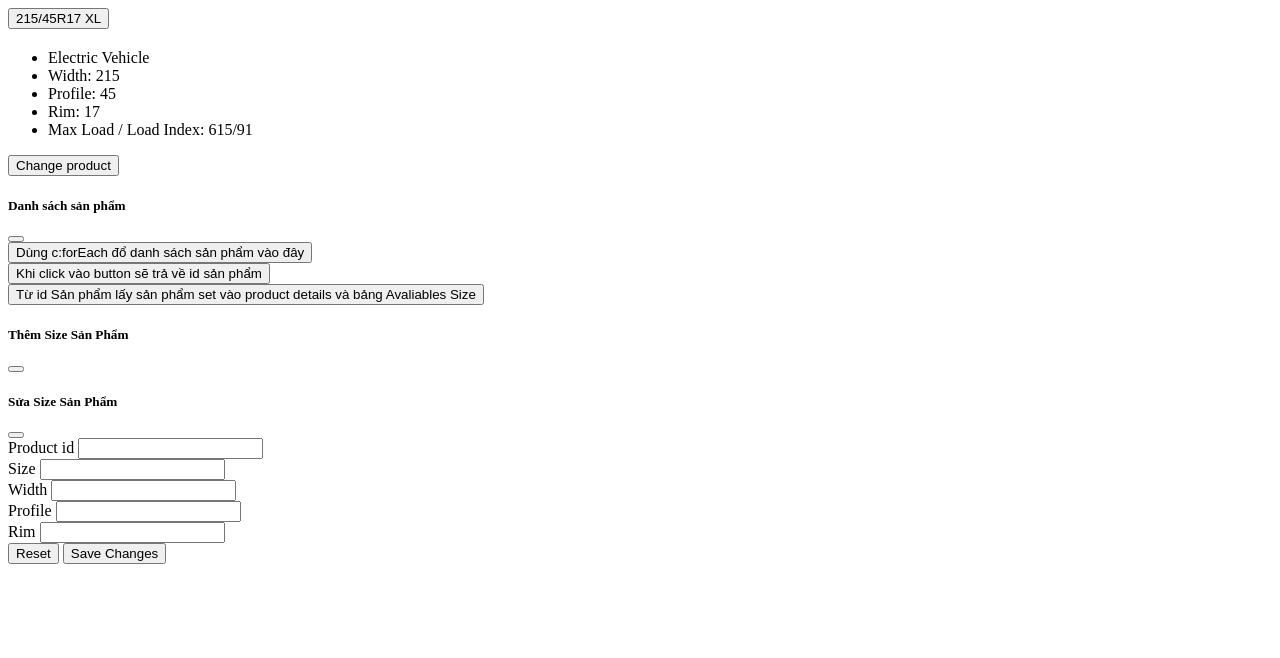
Repository: TrungAug/JAVA4
Page: myWeb/huhu.html
An editor plug-in stored every save of this project. The page is shown before and after the next save, followed by the edit.
The browser window is 1280 px wide. The pictures show the whole page.

Above is the page before, as saved 2023-11-16 11:59:52.

### myWeb/huhu.html
<div id="accordion__size__detail__product__subsize" class="mb-3 text-black">
    <div class="accordion" id="accordionPanelsHanKookSizeDetailProductSubSize">
        <div class="accordion-item">
            <h2 class="accordion-header">
                <button class="accordion-button" type="button" data-bs-toggle="collapse"
                    data-bs-target="#accordionTyreVehicleSubSize" aria-expanded="true"
                    aria-controls="accordionTyreVehicleSubSize">
                    215/45R17 XL
                </button>
            </h2>
            <div id="accordionTyreVehicleSubSize" class="accordion-collapse collapse show"
                data-bs-parent="#accordionPanelsHanKookSizeDetailProductSubSize">
                <ul class="list-group">
                    <li class="list-group-item d-flex justify-content-between align-items-center">
                        Electric Vehicle
                    </li>
                    <li class="list-group-item d-flex justify-content-between align-items-center">
                        <span class="dt">Width: </span> <span class="dd">215</span>
                    </li>
                    <li class="list-group-item d-flex justify-content-between align-items-center">
                        <span class="dt">Profile: </span> <span class="dd">45</span>
                    </li>
                    <li class="list-group-item d-flex justify-content-between align-items-center">
                        <span class="dt">Rim: </span> <span class="dd">17</span>
                    </li>
                    <li class="list-group-item d-flex justify-content-between align-items-center">
                        <span class="dt">Max Load / Load Index: </span> <span class="dd">615/91</span>
                    </li>
                </ul>
            </div>
        </div>
    </div>
</div>



<button type="button" class="btn btn-primary" data-bs-toggle="modal" data-bs-target="#editorChangeProductModal">
    Change product
</button>
<!-- Modal Trang Editor cho nút Change Product-->
<div class="modal fade" id="editorChangeProductModal" tabindex="-1" aria-labelledby="editorChangeProductModalLabel"
    aria-hidden="true">
    <div class="modal-dialog modal-lg">
        <div class="modal-content">
            <div class="modal-header">
                <h5 class="modal-title" id="editorChangeProductModalLabel">Danh sách sản phẩm</h5>
                <button type="button" class="btn-close" data-bs-dismiss="modal" aria-label="Close"></button>
            </div>
            <div class="modal-body">
                <div class="row">
                    <div class="col-lg-3 col-md-4 col-sm-6 mb-3">
                        <button class="btn btn-info">Dùng c:forEach đổ danh sách sản phẩm vào đây</button>
                    </div>
                    <div class="col-lg-3 col-md-4 col-sm-6 mb-3">
                        <button class="btn btn-info">Khi click vào button sẽ trả về id sản phẩm</button>
                    </div>
                    <div class="col-lg-3 col-md-4 col-sm-6 mb-3">
                        <button class="btn btn-info">Từ id Sản phẩm lấy sản phẩm set vào product details và bảng
                            Avaliables Size </button>
                    </div>
                </div>
            </div>
        </div>
    </div>
</div>


<!-- Modal Trang Editor cho nút AddSize-->
<div class="modal fade" id="editorAddSizeProductModal" tabindex="-1" aria-labelledby="editorAddSizeProductModalLabel"
    aria-hidden="true">
    <div class="modal-dialog modal-xl">
        <div class="modal-content">
            <div class="modal-header">
                <h5 class="modal-title text-info" id="editorAddSizeProductModalLabel">Thêm Size Sản Phẩm</h5>
                <button type="button" class="btn-close" data-bs-dismiss="modal" aria-label="Close"></button>
            </div>
            <div class="modal-body row d-flex justify-content-center">
                <form action="">
                    <div class="row">
                        <div class="col-md-6 col-sm-12">

                        </div>
                    </div>
                </form>
            </div>
        </div>
    </div>
</div>



<!-- Modal Trang Editor cho nút EditSize-->
<div class="modal fade" id="editorEditSizeProductModal" tabindex="-1"
aria-labelledby="editorEditSizeProductModalLabel" aria-hidden="true">
<div class="modal-dialog modal-xl">
    <div class="modal-content">
        <div class="modal-header">
            <h5 class="modal-title text-info" id="editorEditSizeProductModalLabel">Sửa Size Sản Phẩm</h5>
            <button type="button" class="btn-close" data-bs-dismiss="modal" aria-label="Close"></button>
        </div>
        <div class="modal-body row d-flex justify-content-center">
            <form action="">
                <div class="row">
                    <div class="col-md-6 col-sm-12">
                        <div class="input-group mb-5">
                            <span class="input-group-text" id="editorPage-EditSizeForm-productId-id">Product
                                id</span>
                            <input type="text" class="form-control" aria-label="Sizing example input"
                                aria-describedby="editorPage-EditSizeForm-productId-id"
                                name="editorPage-EditSizeForm-productId">
                        </div>
                    </div>
                    <div class="col-md-6 col-sm-12">
                        <div class="input-group mb-5">
                            <span class="input-group-text" id="editorPage-EditSizeForm-size-id">Size</span>
                            <input type="text" class="form-control" aria-label="Sizing example input"
                                aria-describedby="editorPage-EditSizeForm-size-id"
                                name="editorPage-EditSizeForm-size">
                        </div>
                    </div>
                    <div class="col-md-6 col-sm-12">
                        <div class="input-group mb-5">
                            <span class="input-group-text" id="editorPage-EditSizeForm-width-id">Width</span>
                            <input type="text" class="form-control" aria-label="Sizing example input"
                                aria-describedby="editorPage-EditSizeForm-width-id"
                                name="editorPage-EditSizeForm-width">
                        </div>
                    </div>
                    <div class="col-md-6 col-sm-12">
                        <div class="input-group mb-5">
                            <span class="input-group-text" id="editorPage-EditSizeForm-profile-id">Profile</span>
                            <input type="text" class="form-control" aria-label="Sizing example input"
                                aria-describedby="editorPage-EditSizeForm-profile-id"
                                name="editorPage-EditSizeForm-profile">
                        </div>
                    </div>
                    <div class="col-md-6 col-sm-12">
                        <div class="input-group mb-5">
                            <span class="input-group-text" id="editorPage-EditSizeForm-rim-id">Rim</span>
                            <input type="text" class="form-control" aria-label="Sizing example input"
                                aria-describedby="editorPage-EditSizeForm-rim-id"
                                name="editorPage-EditSizeForm-rim">
                        </div>
                    </div>
                </div>
                <div class="row">
                    <div class="input-group mb-3 d-flex justify-content-end">
                        <button class="btn btn-outline-info" type="button">Reset</button>
                        <button class="btn btn-outline-info" type="button">Save Changes</button>
                    </div>
                </div>
            </form>
        </div>
    </div>
</div>
</div>

After the next save:
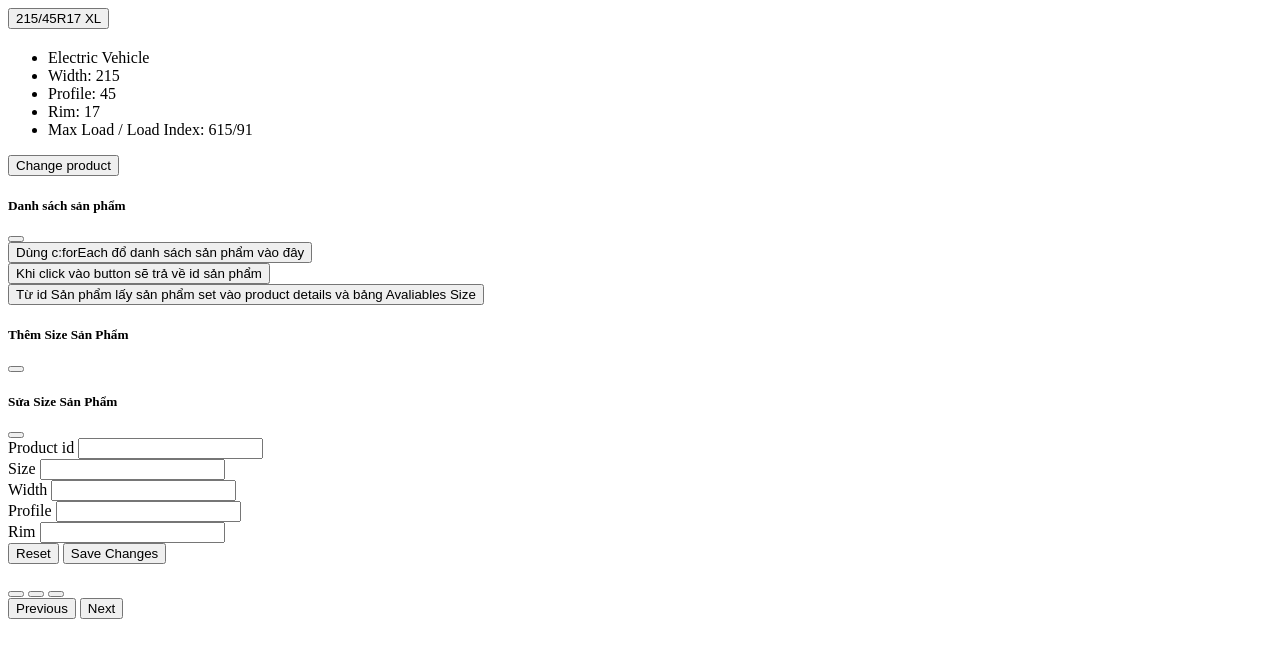
Saved 60 s later.
--- a/myWeb/huhu.html
+++ b/myWeb/huhu.html
@@ -154,3 +154,36 @@ aria-labelledby="editorEditSizeProductModalLabel" aria-hidden="true">
     </div>
 </div>
 </div>
+
+
+<div id="sliderCarouse" class="carousel slide mb-3" data-bs-ride="carousel">
+    <div class="carousel-indicators">
+        <button type="button" data-bs-target="#sliderCarouse" data-bs-slide-to="0" class="active"
+            aria-current="true" aria-label="Slide 1"></button>
+        <button type="button" data-bs-target="#sliderCarouse" data-bs-slide-to="1"
+            aria-label="Slide 2"></button>
+        <button type="button" data-bs-target="#sliderCarouse" data-bs-slide-to="2"
+            aria-label="Slide 3"></button>
+    </div>
+    <div class="carousel-inner">
+        <div class="carousel-item active" data-bs-interval="3000">
+            <!-- ccccccccccc -->
+        </div>
+        <div class="carousel-item" data-bs-interval="3000">
+             <!-- ccccccccccc -->
+        </div>
+        <div class="carousel-item" data-bs-interval="3000">
+             <!-- ccccccccccc -->
+        </div>
+    </div>
+    <button class="carousel-control-prev" type="button" data-bs-target="#sliderCarouse"
+        data-bs-slide="prev">
+        <span class="carousel-control-prev-icon" aria-hidden="true"></span>
+        <span class="visually-hidden">Previous</span>
+    </button>
+    <button class="carousel-control-next" type="button" data-bs-target="#sliderCarouse"
+        data-bs-slide="next">
+        <span class="carousel-control-next-icon" aria-hidden="true"></span>
+        <span class="visually-hidden">Next</span>
+    </button>
+</div>
